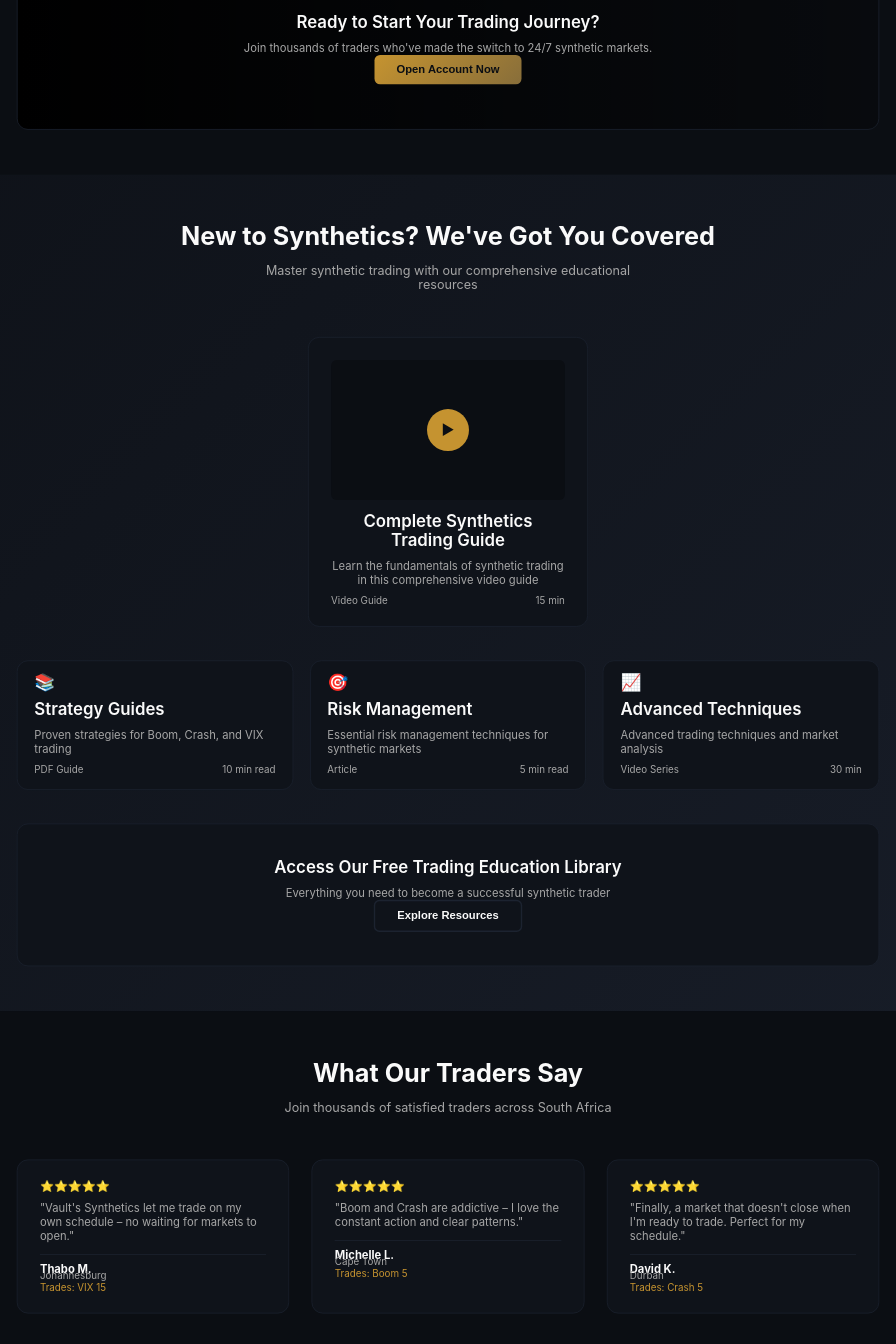
Repository: Jacques-Jaki-Morkel/VaultMarkets_Synthetics
Page: wp-copy/index.HTML
An editor plug-in stored every save of this project. The page is shown before and after the next save, followed by the edit.
The browser window is 1280 px wide. The pictures show the part of the page from y = 3188 to 5108 px (the page is 5954 px tall before and 4759 px after), at 70% of full size.

Above is the page before, as saved 2025-07-31 16:15:48.

### wp-copy/index.HTML
<!DOCTYPE html>
<html lang="en">

<head>
    <link rel="stylesheet" href="styles.css">
</head>

<body>
    <!-- Hero Section -->
    <section class="vm-hero-section">
        <div class="vm-container vm-con-row">
            <div class="vm-floating-icons">
                <div class="vm-floating-icon vm-boom">BOOM</div>
                <div class="vm-floating-icon vm-crash">CRASH</div>
                <div class="vm-floating-icon vm-vix">VIX</div>
            </div>

            <div class="vm-hero-content">
                <span class="span-gradinet">
                    <h1>Trade the Market That Never Sleeps</h1>
                </span>
                <p class="vm-hero-subtitle">Boom. Crash. VIX. 24/7 trading. No market closures. No news shocks.</p>

                <div class="vm-hero-buttons">
                    <button class="vm-btn vm-btn-primary">Start Trading Now</button>
                    <button class="vm-btn vm-btn-outline">Watch Demo</button>
                </div>

                <div class="vm-markets-badge"><span class="vm-market-badge-icon"></span>Markets Open 24/7</div>
            </div>
        </div>
    </section>

    <!-- Synthetics Intro -->
    <section class="vm-synthetics-intro">
        <div class="vm-container vm-con-col">
            <div class="vm-section-header">
                <h2>Markets Built for Traders, <span class="span-gradinet">by Traders</span> </h2>
                <p>Synthetic Indices are computer‑generated markets that move just like real markets — but they're not tied to real‑world events. That means:</p>
            </div>

            <div class="vm-benefits-grid">
                <div class="vm-benefit-card">
                    <div class="vm-benefit-icon">🕐</div>
                    <h3>Always Open</h3>
                    <p>Trade 24/7, even weekends & public holidays</p>
                </div>
                <div class="vm-benefit-card">
                    <div class="vm-benefit-icon">📈</div>
                    <h3>Consistent Action</h3>
                    <p>No sudden market shocks from the news</p>
                </div>
                <div class="vm-benefit-card">
                    <div class="vm-benefit-icon">🎯</div>
                    <h3>Predictable Structure</h3>
                    <p>Easy to study & learn patterns</p>
                </div>
                <div class="vm-benefit-card">
                    <div class="vm-benefit-icon">⚡</div>
                    <h3>Lightning Fast</h3>
                    <p>Instant execution and tight spreads</p>
                </div>
            </div>

            <p class="vm-vault-advantage">Trade them exactly like Forex or CFDs on MT5, with the Vault Markets advantage: low spreads, lightning‑fast execution, and trusted local support.

            </p>
        </div>
    </section>

    <!-- Instruments Showcase -->
    <section class="vm-instruments-showcase">
        <div class="vm-container">
            <div class="vm-section-header">
                <h2>Available Now on MT5</h2>
                <p>Choose from our selection of synthetic instruments, each designed for different trading styles and
                    strategies.</p>
            </div>

            <div class="vm-instruments-grid">
                <div class="vm-instrument-card">
                    <div class="vm-instrument-header">
                        <span class="vm-instrument-symbol">VIX 15</span>
                        <div class="vm-mini-chart">
                            <svg viewBox="0 0 100 40">
                                <path d="M0,30 Q25,10 50,20 T100,15" stroke="#f1c40f" fill="none" stroke-width="2" />
                            </svg>
                        </div>
                    </div>
                    <p class="vm-instrument-description">Steady market movement with consistent volatility patterns</p>
                    <span class="vm-best-for">Best for: Scalping & Learning</span>
                </div>

                <div class="vm-instrument-card">
                    <div class="vm-instrument-header">
                        <span class="vm-instrument-symbol">BOOM 5</span>
                        <div class="vm-mini-chart">
                            <svg viewBox="0 0 100 40">
                                <path d="M0,35 L20,30 L25,5 L30,25 L50,20 L55,2 L60,22 L80,18 L85,3 L100,15"
                                    stroke="#10b981" fill="none" stroke-width="2" />
                            </svg>
                        </div>
                    </div>
                    <p class="vm-instrument-description">Upward spikes every 5 ticks on average</p>
                    <span class="vm-best-for">Best for: Momentum Trading</span>
                </div>

                <div class="vm-instrument-card">
                    <div class="vm-instrument-header">
                        <span class="vm-instrument-symbol">CRASH 5</span>
                        <div class="vm-mini-chart">
                            <svg viewBox="0 0 100 40">
                                <path d="M0,15 L20,18 L25,35 L30,20 L50,22 L55,38 L60,25 L80,28 L85,37 L100,30"
                                    stroke="#ef4444" fill="none" stroke-width="2" />
                            </svg>
                        </div>
                    </div>
                    <p class="vm-instrument-description">Downward drops every 5 ticks on average</p>
                    <span class="vm-best-for">Best for: Short Selling</span>
                </div>
            </div>
        </div>
    </section>

    <!-- Why Vault Section -->
    <section class="vm-why-vault">
        <div class="vm-container">
            <h2>Why Trade Synthetics with Vault Markets?</h2>

            <div class="vm-why-benefits-grid">
                <div class="vm-why-benefit">
                    <div class="vm-why-icon">🕐</div>
                    <h3>Trade Anytime</h3>
                    <p>No downtime, no waiting for Monday</p>
                </div>
                <div class="vm-why-benefit">
                    <div class="vm-why-icon">💰</div>
                    <h3>Low Capital Entry</h3>
                    <p>Start with as little as R100</p>
                </div>
                <div class="vm-why-benefit">
                    <div class="vm-why-icon">🏦</div>
                    <h3>Local Banking</h3>
                    <p>Easy funding via EFT, Ozow, Crypto</p>
                </div>
                <div class="vm-why-benefit">
                    <div class="vm-why-icon">⚡</div>
                    <h3>Fast Execution</h3>
                    <p>Precision trading for fast markets</p>
                </div>
                <div class="vm-why-benefit">
                    <div class="vm-why-icon">🇿🇦</div>
                    <h3>Trusted Local Broker</h3>
                    <p>Trade with confidence</p>
                </div>
                <div class="vm-why-benefit">
                    <div class="vm-why-icon">📱</div>
                    <h3>MT5 Platform</h3>
                    <p>Professional trading tools</p>
                </div>
            </div>

            <div class="vm-cta-box">
                <h3>Ready to join thousands of South African traders?</h3>
                <p>We understand the local market better than anyone.</p>
            </div>
        </div>
    </section>

    <!-- How to Start -->
    <section class="vm-how-to-start">
        <div class="vm-container">
            <div class="vm-section-header">
                <h2>How to Start Trading in 3 Steps</h2>
                <p>Get started with synthetic trading in minutes</p>
            </div>

            <div class="vm-steps-grid">
                <div class="vm-step">
                    <div class="vm-step-number">1</div>
                    <div class="vm-step-icon">👤</div>
                    <h3>Open Your Account</h3>
                    <p>Sign up for free in minutes with just your ID and email</p>
                    <span class="vm-step-action">Create Account</span>
                </div>

                <div class="vm-step">
                    <div class="vm-step-number">2</div>
                    <div class="vm-step-icon">💳</div>
                    <h3>Fund Your Wallet</h3>
                    <p>Local deposits via EFT, Ozow, or crypto - instant in your account</p>
                    <span class="vm-step-action">Add Funds</span>
                </div>

                <div class="vm-step">
                    <div class="vm-step-number">3</div>
                    <div class="vm-step-icon">📊</div>
                    <h3>Start Trading</h3>
                    <p>Choose VIX, Boom, or Crash and trade 24/7 on MT5</p>
                    <span class="vm-step-action">Begin Trading</span>
                </div>
            </div>

            <div class="vm-final-cta">
                <h3>Ready to Start Your Trading Journey?</h3>
                <p>Join thousands of traders who've made the switch to 24/7 synthetic markets.</p>
                <button class="vm-btn vm-btn-primary">Open Account Now</button>
            </div>
        </div>
    </section>

    <!-- Educational Section -->
    <section class="vm-educational">
        <div class="vm-container">
            <div class="vm-section-header">
                <h2>New to Synthetics? We've Got You Covered</h2>
                <p>Master synthetic trading with our comprehensive educational resources</p>
            </div>

            <div class="vm-education-highlight">
                <div class="vm-video-card">
                    <div class="vm-video-thumbnail">
                        <div class="vm-play-button">▶</div>
                    </div>
                    <h3>Complete Synthetics Trading Guide</h3>
                    <p>Learn the fundamentals of synthetic trading in this comprehensive video guide</p>
                    <div class="vm-video-meta">
                        <span class="vm-video-type">Video Guide</span>
                        <span class="vm-video-duration">15 min</span>
                    </div>
                </div>
            </div>

            <div class="vm-resources-grid">
                <div class="vm-resource-card">
                    <div class="vm-resource-icon">📚</div>
                    <h3>Strategy Guides</h3>
                    <p>Proven strategies for Boom, Crash, and VIX trading</p>
                    <div class="vm-resource-meta">
                        <span>PDF Guide</span>
                        <span>10 min read</span>
                    </div>
                </div>

                <div class="vm-resource-card">
                    <div class="vm-resource-icon">🎯</div>
                    <h3>Risk Management</h3>
                    <p>Essential risk management techniques for synthetic markets</p>
                    <div class="vm-resource-meta">
                        <span>Article</span>
                        <span>5 min read</span>
                    </div>
                </div>

                <div class="vm-resource-card">
                    <div class="vm-resource-icon">📈</div>
                    <h3>Advanced Techniques</h3>
                    <p>Advanced trading techniques and market analysis</p>
                    <div class="vm-resource-meta">
                        <span>Video Series</span>
                        <span>30 min</span>
                    </div>
                </div>
            </div>

            <div class="vm-education-cta">
                <h3>Access Our Free Trading Education Library</h3>
                <p>Everything you need to become a successful synthetic trader</p>
                <button class="vm-btn vm-btn-outline">Explore Resources</button>
            </div>
        </div>
    </section>

    <!-- Testimonials -->
    <section class="vm-testimonials">
        <div class="vm-container">
            <div class="vm-section-header">
                <h2>What Our Traders Say</h2>
                <p>Join thousands of satisfied traders across South Africa</p>
            </div>

            <div class="vm-testimonials-grid">
                <div class="vm-testimonial-card">
                    <div class="vm-stars">⭐⭐⭐⭐⭐</div>
                    <p>"Vault's Synthetics let me trade on my own schedule – no waiting for markets to open."</p>
                    <div class="vm-testimonial-author">
                        <strong>Thabo M.</strong>
                        <span>Johannesburg</span>
                        <div class="vm-instrument-traded">Trades: VIX 15</div>
                    </div>
                </div>

                <div class="vm-testimonial-card">
                    <div class="vm-stars">⭐⭐⭐⭐⭐</div>
                    <p>"Boom and Crash are addictive – I love the constant action and clear patterns."</p>
                    <div class="vm-testimonial-author">
                        <strong>Michelle L.</strong>
                        <span>Cape Town</span>
                        <div class="vm-instrument-traded">Trades: Boom 5</div>
                    </div>
                </div>

                <div class="vm-testimonial-card">
                    <div class="vm-stars">⭐⭐⭐⭐⭐</div>
                    <p>"Finally, a market that doesn't close when I'm ready to trade. Perfect for my schedule."</p>
                    <div class="vm-testimonial-author">
                        <strong>David K.</strong>
                        <span>Durban</span>
                        <div class="vm-instrument-traded">Trades: Crash 5</div>
                    </div>
                </div>
            </div>

            <div class="vm-stats-grid">
                <div class="vm-stat">
                    <div class="vm-stat-number">15,000+</div>
                    <div class="vm-stat-label">Active Traders</div>
                </div>
                <div class="vm-stat">
                    <div class="vm-stat-number">24/7</div>
                    <div class="vm-stat-label">Market Access</div>
                </div>
                <div class="vm-stat">
                    <div class="vm-stat-number">0.01</div>
                    <div class="vm-stat-label">Min Lot Size</div>
                </div>
                <div class="vm-stat">
                    <div class="vm-stat-number">R100</div>
                    <div class="vm-stat-label">Min Deposit</div>
                </div>
            </div>
        </div>
    </section>

    <!-- Final CTA -->
    <section class="vm-final-cta">
        <div class="vm-container">
            <div class="vm-cta-content">
                <h1>Your Market. Your Time. Your Rules.</h1>
                <div class="vm-instruments-highlight">
                    <span class="vm-instrument boom">BOOM</span>
                    <span class="vm-instrument crash">CRASH</span>
                    <span class="vm-instrument vix">VIX</span>
                </div>
                <p>Experience the freedom of 24/7 trading with synthetic indices that never sleep. Join the revolution
                    of consistent, predictable markets designed for serious traders.</p>

                <div class="vm-features-highlight">
                    <div class="vm-feature">
                        <span class="vm-feature-icon">🌙</span>
                        <span>Never Closes</span>
                    </div>
                    <div class="vm-feature">
                        <span class="vm-feature-icon">📈</span>
                        <span>Consistent Action</span>
                    </div>
                    <div class="vm-feature">
                        <span class="vm-feature-icon">⚡</span>
                        <span>Instant Execution</span>
                    </div>
                </div>

                <div class="vm-final-buttons">
                    <button class="vm-btn vm-btn-primary">Start Trading Now</button>
                    <button class="vm-btn vm-btn-outline">Open Demo Account</button>
                </div>

                <p class="vm-risk-disclaimer">
                    <small>Trading CFDs involves risk. Synthetic Indices are proprietary instruments and may not be
                        suitable for all traders. Please trade responsibly. Vault Markets is an authorised financial
                        services provider.</small>
                </p>
            </div>
        </div>
    </section>

    <script src="script.js"></script>
</body>

</html>

Loaded but not shown: wp-copy/script.js (281 lines, source omitted); wp-copy/styles.css (805 lines, source omitted)

After the next save:
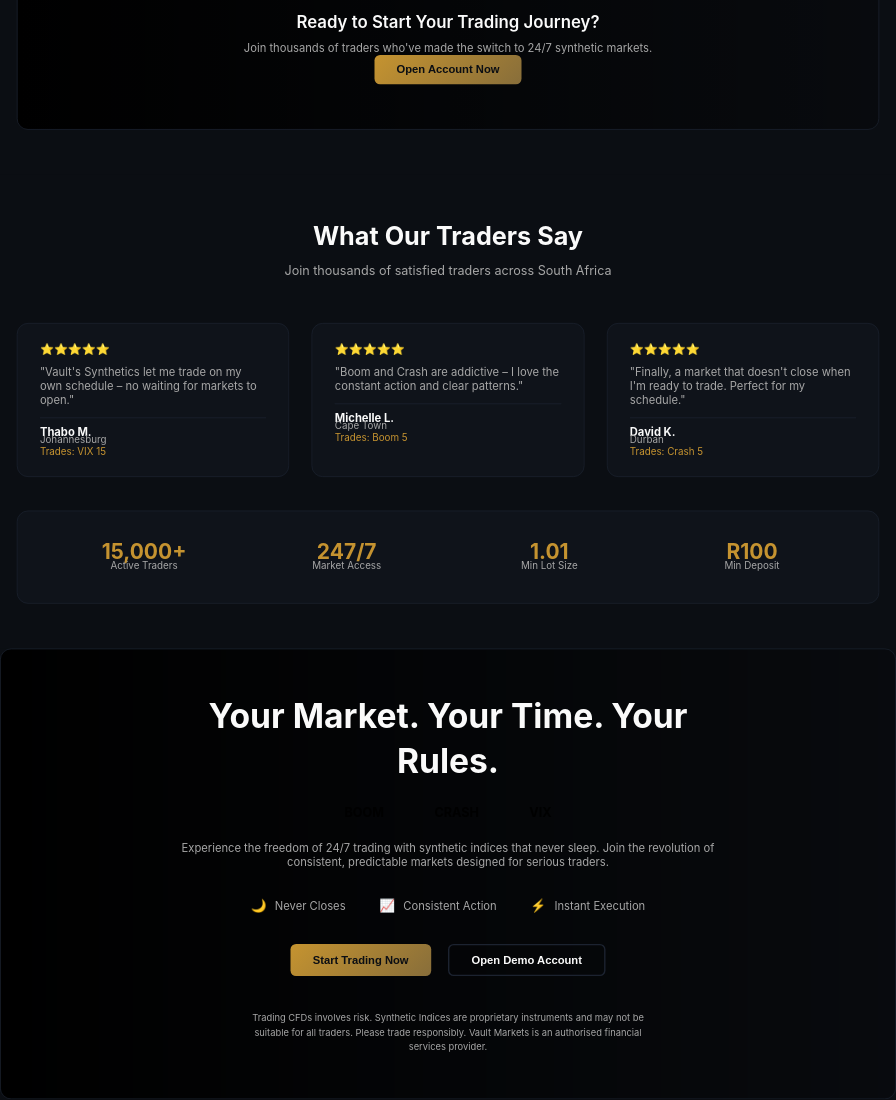
Saved 12 s later.
--- a/wp-copy/index.HTML
+++ b/wp-copy/index.HTML
@@ -210,7 +210,7 @@
     </section>
 
     <!-- Educational Section -->
-    <section class="vm-educational">
+    <section class="vm-educational hide-this">
         <div class="vm-container">
             <div class="vm-section-header">
                 <h2>New to Synthetics? We've Got You Covered</h2>
